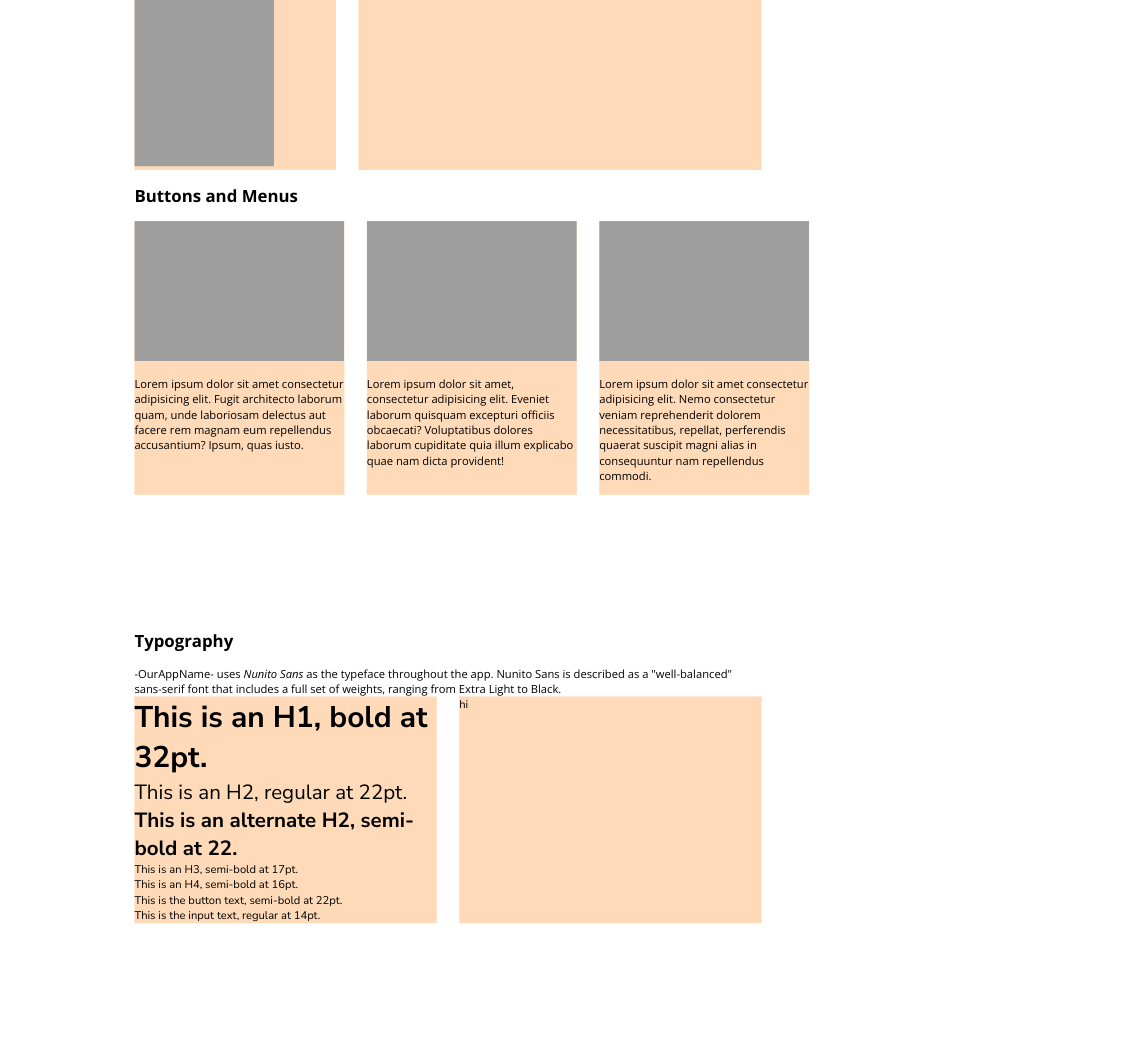
Repository: seohyun9672/Timearth-A6Styleguide
Page: page2.html
These files come from the project's save history. The page is drawn as it stood at one moment and after the next save; the edit follows.
The browser window is 1280 px wide. The page is 1632 px wide, so the pictures cover 1632 px, including what lies to the right of the window. The pictures show the part of the page from y = 917 to 2437 px (the page is 2428 px tall before and 2437 px after), at 70% of full size.
Pictures or frames that could not be fetched are drawn as grey boxes.

Above is the page before, as saved 2022-03-20 19:49:19.

After the next save:
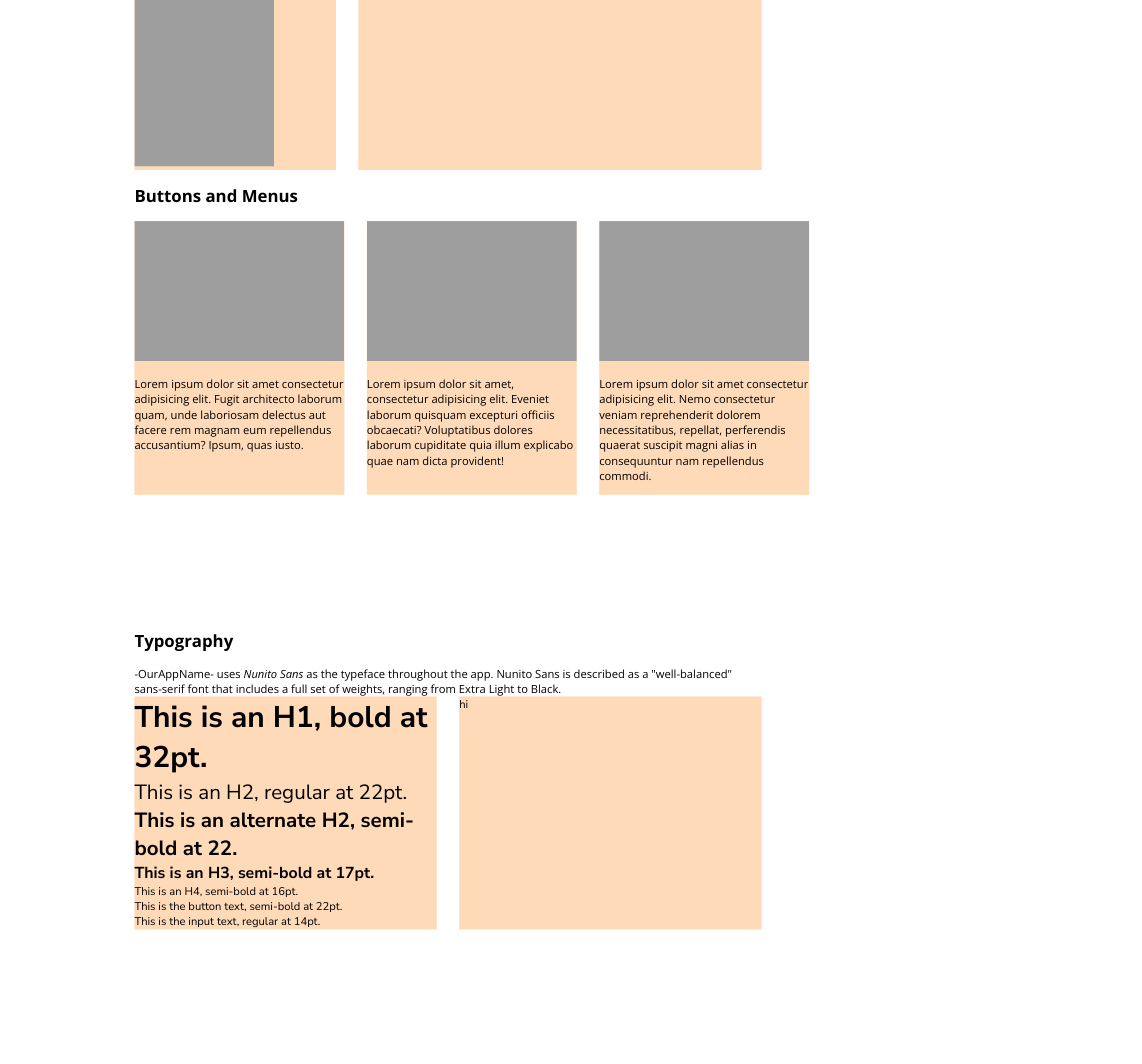
Saved 24 s later.
--- a/stylesheet.css
+++ b/stylesheet.css
@@ -124,3 +124,7 @@ li a:hover {
     font-size:22pt;
     font-weight:bolder;
 }
+.nh3 {
+    font-size:17pt;
+    font-weight:bolder;
+}
